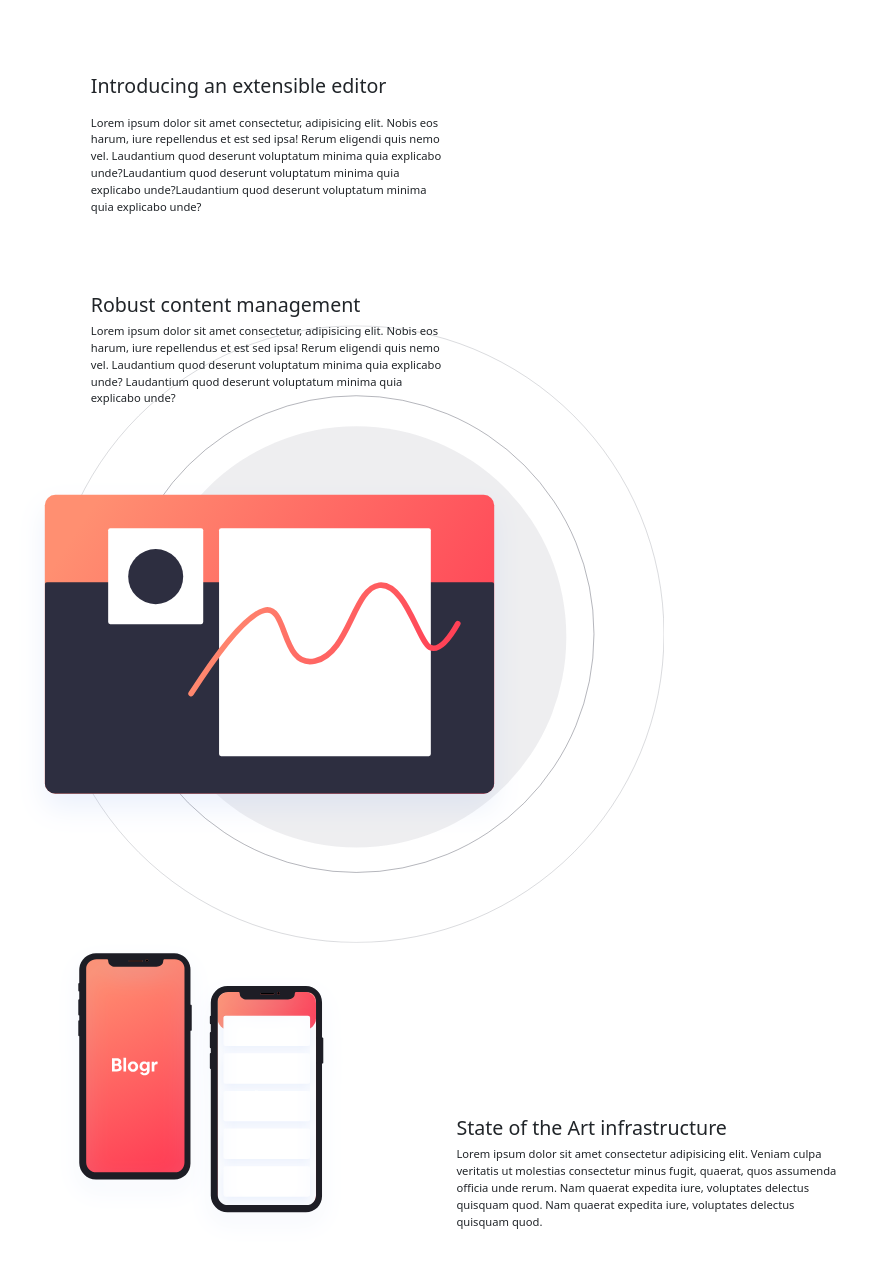
Repository: badhon252/blogr-landing-page
Page: /
An editor plug-in stored every save of this project. The page is shown before and after the next save, followed by the edit.
The browser window is 1280 px wide. The pictures show the part of the page from y = 797 to 2717 px (the page is 2618 px tall before and 2717 px after), at 70% of full size.
The project was rebuilt for these pictures with package versions that can differ from the ones it lists, and the page was loaded fresh each time.

Above is the page before, as saved 2022-01-18 20:40:55.

### public/index.html
<!DOCTYPE html>
<html lang="en">

<head>
  <meta charset="utf-8" />
  <link rel="icon" href="%PUBLIC_URL%/favicon.ico" />
  <meta name="viewport" content="width=device-width, initial-scale=1" />
  <meta name="theme-color" content="#000000" />
  <meta name="description" content="Web site created using create-react-app" />
  <link rel="apple-touch-icon" href="%PUBLIC_URL%/logo192.png" />

  <link rel="manifest" href="%PUBLIC_URL%/manifest.json" />
  <!-- Bootstrap css  -->
  <link href="https://cdn.jsdelivr.net/npm/bootstrap@5.1.3/dist/css/bootstrap.min.css" rel="stylesheet"
    integrity="sha384-1BmE4kWBq78iYhFldvKuhfTAU6auU8tT94WrHftjDbrCEXSU1oBoqyl2QvZ6jIW3" crossorigin="anonymous">


  <title>Blogr</title>
</head>

<body>
  <noscript>You need to enable JavaScript to run this app.</noscript>
  <div id="root"></div>

  <!-- Bootstrap js  -->
  <script src="https://cdn.jsdelivr.net/npm/bootstrap@5.1.3/dist/js/bootstrap.bundle.min.js"
    integrity="sha384-ka7Sk0Gln4gmtz2MlQnikT1wXgYsOg+OMhuP+IlRH9sENBO0LRn5q+8nbTov4+1p"
    crossorigin="anonymous"></script>

</body>

</html>

### src/App.js
import Maincomp from "./components/MainComp";

function App() {
  return (
    <div className="App">
      <Maincomp />
    </div>
  );
}

export default App;

### src/components/MainComp.js
import React from "react";
import Fact from "./Facility/Fact";
import Header from "./Header/Header";
import Intro from "./Intro/Intro";

const Maincomp = () => {
  return (
    <div>
      <Header />
      <Intro />
      <Fact />
    </div>
  );
};

export default Maincomp;

### src/components/Facility/Fact.js
import React from "react";
import phones from "../../images/illustration-phones.svg";
export default function Fact() {
  return (
    <div className="container">
      <div className="row ">
        <div className="col-md-6">
          <img className="w-75" src={phones} alt="Phone images" />
        </div>
        <div className="col-md-6 py-5 fact-params">
          <h3>State of the Art infrastructure</h3>
          <p>
            Lorem ipsum dolor sit amet consectetur adipisicing elit. Veniam
            culpa veritatis ut molestias consectetur minus fugit, quaerat, quos
            assumenda officia unde rerum. Nam quaerat expedita iure, voluptates
            delectus quisquam quod. Nam quaerat expedita iure, voluptates
            delectus quisquam quod.
          </p>
        </div>
      </div>
    </div>
  );
}

### src/components/Header/Header.js
import React from "react";
import Nav from "./Nav";
import "../styles/index.css";
import HeaderContent from "./HeaderContent";

export default function Header() {
  return (
    <div className="header">
      <div className="container">
        <Nav />
        <HeaderContent />
      </div>
    </div>
  );
}

### src/components/Intro/Intro.js
import React from "react";
import MobileLogo from "../../images/illustration-editor-desktop.svg";
import "../styles/index.css";

export default function Intro() {
  return (
    <div className="container-fluid">
      <div className="row ms-auto pt-5 mt-5">
        <h1 className="intro-h1 py-5">Design for the future</h1>
        <div className="col-md-1"></div>
        <div className="col-md-5">
          <div className=" py-5">
            <h3 className="py-3">Introducing an extensible editor</h3>
            <p>
              Lorem ipsum dolor sit amet consectetur, adipisicing elit. Nobis
              eos harum, iure repellendus et est sed ipsa! Rerum eligendi quis
              nemo vel. Laudantium quod deserunt voluptatum minima quia
              explicabo unde?Laudantium quod deserunt voluptatum minima quia
              explicabo unde?Laudantium quod deserunt voluptatum minima quia
              explicabo unde?
            </p>
          </div>
          <div className="py-5">
            <h3>Robust content management</h3>
            <p>
              Lorem ipsum dolor sit amet consectetur, adipisicing elit. Nobis
              eos harum, iure repellendus et est sed ipsa! Rerum eligendi quis
              nemo vel. Laudantium quod deserunt voluptatum minima quia
              explicabo unde? Laudantium quod deserunt voluptatum minima quia
              explicabo unde?
            </p>
          </div>
        </div>
        <div className="col-md-6 intro-img w-100">
          <img src={MobileLogo} alt="This is MobileLogo svg img"></img>
          <div></div>
        </div>
      </div>
    </div>
  );
}

### src/components/Header/Nav.js
import React from "react";
import "../styles/index.css";
const Nav = () => {
  return (
    <div>
      <nav className="navbar navbar-expand-lg navbar-dark py-5">
        <div className="container-fluid">
          <a className="navbar-brand" href="/">
            <h1>Blogr</h1>
          </a>
          <button
            className="navbar-toggler"
            type="button"
            data-bs-toggle="collapse"
            data-bs-target="#navbarSupportedContent"
            aria-controls="navbarSupportedContent"
            aria-expanded="false"
            aria-label="Toggle navigation"
          >
            <span className="navbar-toggler-icon"></span>
          </button>
          <div className="collapse navbar-collapse" id="navbarSupportedContent">
            <ul className="navbar-nav mb-2 mb-lg-0">
              <li className="nav-item dropdown px-4">
                <a
                  className="nav-link dropdown-toggle"
                  href="/"
                  id="navbarDropdown"
                  role="button"
                  data-bs-toggle="dropdown"
                  aria-expanded="false"
                >
                  Product
                </a>
                <ul className="dropdown-menu" aria-labelledby="navbarDropdown">
                  <li>
                    <a className="dropdown-item" href="/">
                      Action
                    </a>
                  </li>
                  <li>
                    <a className="dropdown-item" href="/">
                      Another action
                    </a>
                  </li>
                  <li>
                    <hr className="dropdown-divider" />
                  </li>
                  <li>
                    <a className="dropdown-item" href="/">
                      Something else here
                    </a>
                  </li>
                </ul>
              </li>{" "}
              <li className="nav-item dropdown px-4">
                <a
                  className="nav-link dropdown-toggle"
                  href="/"
                  id="navbarDropdown"
                  role="button"
                  data-bs-toggle="dropdown"
                  aria-expanded="false"
                >
                  Company
                </a>
                <ul className="dropdown-menu" aria-labelledby="navbarDropdown">
                  <li>
                    <a className="dropdown-item" href="/">
                      Action
                    </a>
                  </li>
                  <li>
                    <a className="dropdown-item" href="/">
                      Another action
                    </a>
                  </li>
                  <li>
                    <hr className="dropdown-divider" />
                  </li>
                  <li>
                    <a className="dropdown-item" href="/">
                      Something else here
                    </a>
                  </li>
                </ul>
              </li>{" "}
              <li className="nav-item dropdown px-4">
                <a
                  className="nav-link dropdown-toggle"
                  href="/"
                  id="navbarDropdown"
                  role="button"
                  data-bs-toggle="dropdown"
                  aria-expanded="false"
                >
                  Connect
                </a>
                <ul className="dropdown-menu" aria-labelledby="navbarDropdown">
                  <li>
                    <a className="dropdown-item" href="/">
                      Action
                    </a>
                  </li>
                  <li>
                    <a className="dropdown-item" href="/">
                      Another action
                    </a>
                  </li>
                  <li>
                    <hr className="dropdown-divider" />
                  </li>
                  <li>
                    <a className="dropdown-item" href="/">
                      Something else here
                    </a>
                  </li>
                </ul>
              </li>
            </ul>
            {/* login & sign-up */}
            <ul className="navbar-nav ms-auto">
              <li className="nav-login">
                <a className="nav-link" href="/">
                  <button type="button" class="btn">
                    Login
                  </button>
                </a>
              </li>{" "}
              <li className="nav-signup">
                <a className="nav-link" href="/">
                  <button type="button" class="btn btn-light">
                    Sign Up
                  </button>
                </a>
              </li>
            </ul>
          </div>
        </div>
      </nav>
    </div>
  );
};

export default Nav;

### src/components/styles/index.css
.header {
  background-color: rgb(255, 70, 70);
  color: rgb(255, 255, 255);
  /* clip-path: circle(73.8% at 63% 38%); */
}
/* .header-nav {
  color: #fff;

} */
/* .singup,
.login {
  color: aliceblue;
} */

.header-param {
  text-align: center;
}
.header-param h1 {
  font-size: 60px;
}
.header-param p {
  font-size: 1.2rem;
}
/* .header-param .h-btn {
  -webkit-border-radius: 28;
  -moz-border-radius: 28;
  border-radius: 28px;
  font-family: Arial;
  color: #000000;
  font-size: 20px;
  background: #f5f5f5;
  padding: 10px 20px 10px 20px;
  text-decoration: none;
} */

/* Intro ======= */
.intro-h1 {
  text-align: center;
}
.intro-img {
  max-width: 100%;
  margin-top: -180px;
}

/* facility ========== */
.fact-params {
  margin-top: 200px;
}

### src/components/Header/HeaderContent.js
import React from "react";
import "../styles/index.css";
export default function HeaderContent() {
  return (
    <div>
      <div className="py-5 header-param">
        <h1 className="">A modern publishing platform</h1>
        <p className="header-p py-3 ">
          Grow your audience and build your online brand
        </p>
        {/* btn  */}
        <div className="px-5 py-5">
          <button type="button" class="btn btn-lg btn-light me-3 my-3">
            Start for free
          </button>
          <button type="button" class="btn btn-lg btn-outline-dark">
            Learn more
          </button>
        </div>
      </div>
    </div>
  );
}

Loaded but not shown: src/index.js (common file); src/reportWebVitals.js (common file)

After the next save:
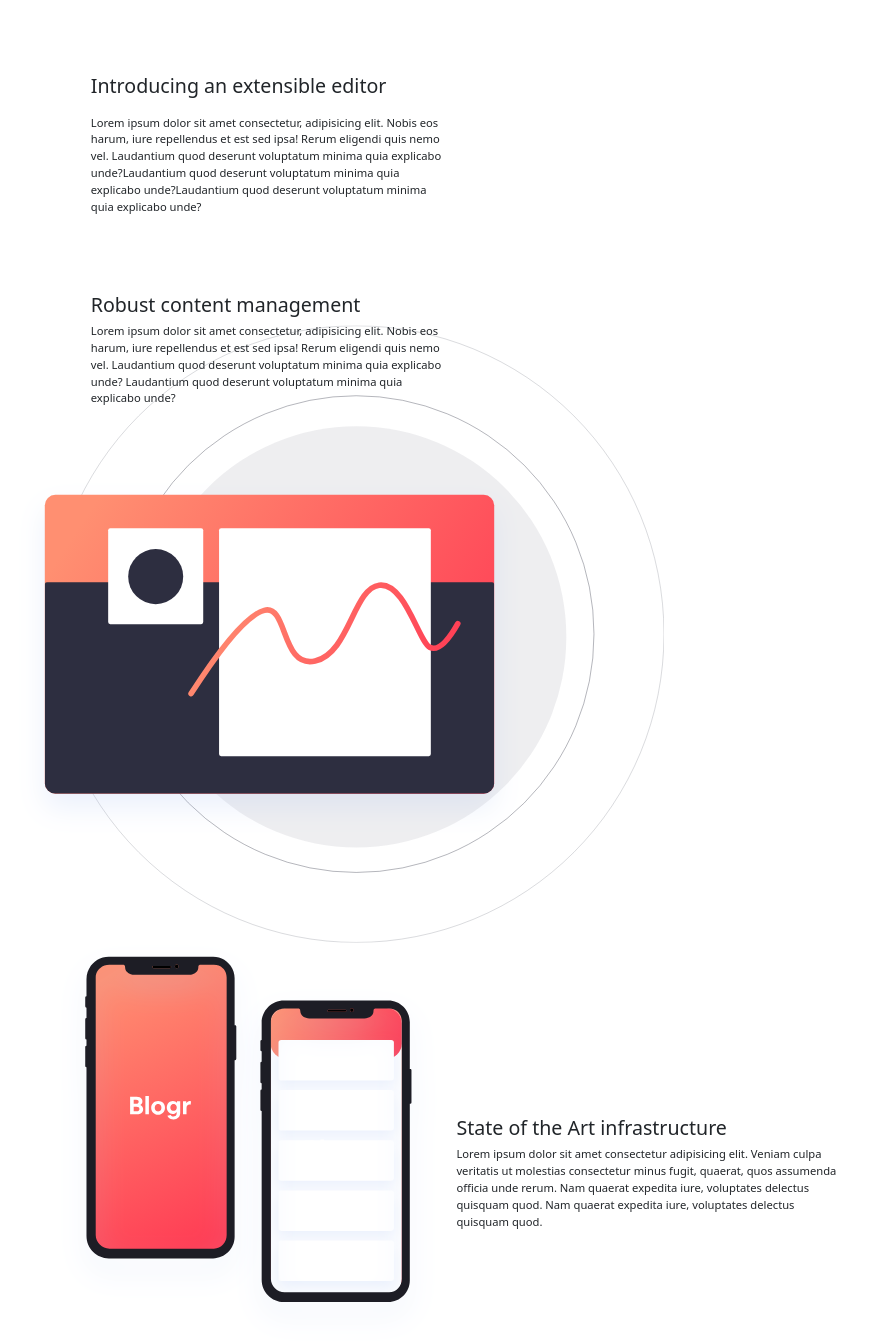
Saved 17 s later.
--- a/src/components/Facility/Fact.js
+++ b/src/components/Facility/Fact.js
@@ -5,7 +5,7 @@
     <div className="container">
       <div className="row ">
         <div className="col-md-6">
-          <img className="w-75" src={phones} alt="Phone images" />
+          <img className="w-100" src={phones} alt="Phone images" />
         </div>
         <div className="col-md-6 py-5 fact-params">
           <h3>State of the Art infrastructure</h3>
